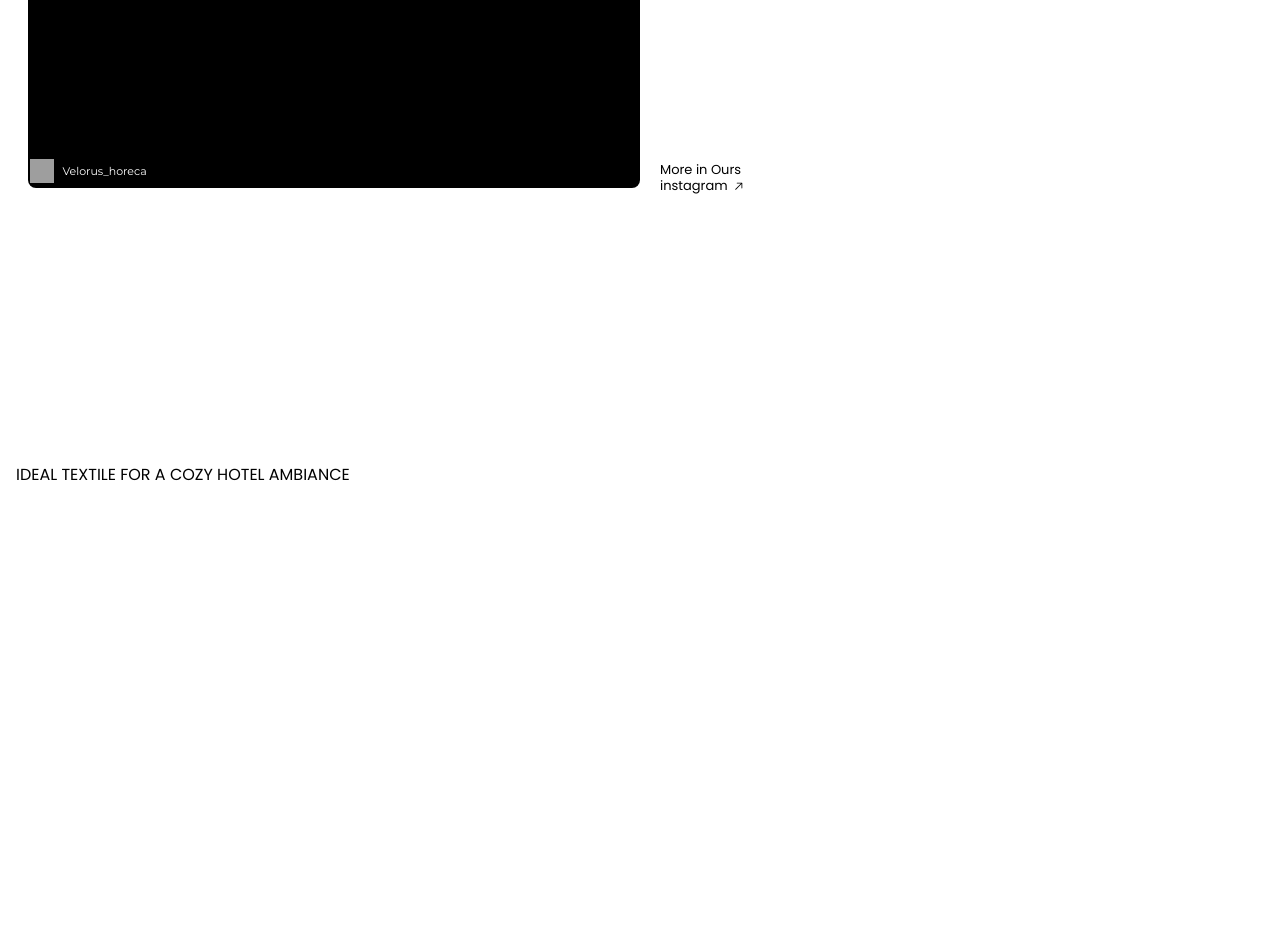
Repository: nikhilsinghrathore1/Shery_02
Page: /
These files come from the project's save history. The page is drawn as it stood at one moment and after the next save; the edit follows.
The browser window is 1280 px wide. The pictures show the part of the page from y = 3281 to 4233 px (the page is 5544 px tall).
Pictures or frames that could not be fetched are drawn as grey boxes. The project was rebuilt for these pictures with package versions that can differ from the ones it lists, and the page was loaded fresh each time. Also part of the build but not shown: vite.config.js.

Above is the page before, as saved 2024-07-18 02:49:45.

### src/App.jsx
import { useState } from 'react'
import reactLogo from './assets/react.svg'
import viteLogo from '/vite.svg'
import './App.css'
import Landing from './pages/Landing'

function App() {
  const [count, setCount] = useState(0)

  return (
    <>
      <Landing/>
    </>
  )
}

export default App

### src/App.css
@font-face {
  font-family: font1;
  src: url("../public/6624dc4c3f39ffabcd0dc162_Montserrat-VariableFont_wght.ttf");
}
@font-face {
  font-family: font2;
  src: url("../public/CircularXXWeb-Book\ \(1\).ttf");
}
@font-face {
  font-family: font3;
  src: url("../public/JTUQjIg1_i6t8kCHKm459WxRyS7m0dR9pA.ttf");
}
@font-face {
  font-family: font4;
  src: url("../public/JTUSjIg1_i6t8kCHKm459WlhyyTh89Y.ttf");
}
@font-face {
  font-family: font5;
  src: url("../public/pxiEyp8kv8JHgFVrJJfecnFHGPc.ttf");
}

.f1{
  font-family: font1;
}
.f2{
  font-family: font2;
}
.f3{
  font-family: font3;
}
.f4{
  font-family: font4;
}
.f5{
  font-family: font5;
}

### src/pages/Landing.jsx
import React from 'react'
import MoreInsta from '../components/MoreInsta'
import Nav from '../components/Nav'
import SingleHero from '../components/SingleHero'
import VideoCont from '../components/VideoCont'

const Landing = () => {
  return (
    <div className='w-full overflow-hidden'>
               {/* this is the first image gallery part */}
               <div className='w-full h-[400vh] relative '>
               <Nav/>
               <SingleHero img={"https://cdn.prod.website-files.com/6613fb0aff6a7761bf9a817d/66267f01781250e3c4f8ed19_hero-01-p-1080.webp"} text={"hotel"}/>
               <SingleHero img={"https://cdn.prod.website-files.com/6613fb0aff6a7761bf9a817d/66267f00e43626f944ce0076_hero-02-p-1080.webp"} text={"restaurant"}/>
               <SingleHero img={"https://cdn.prod.website-files.com/6613fb0aff6a7761bf9a817d/66267f011d36d94902bbbcd3_hero-03-p-1080.webp"} text={"catering"}/>
               <SingleHero img={"https://cdn.prod.website-files.com/6613fb0aff6a7761bf9a817d/66267f0015a49ebd0cb05e50_hero-04-p-1080.webp"} text={"+automative"}/>
               </div>

               {/* this is the second text wala part  */}

               <div className='w-full  h-[120vh] px-4 pt-32 leading-[42px]'>
                              {/* this is the variable weight text */}
                              <div className='w-full f4 text-[32px] font-semibold text-black uppercase h-fit'>
                                             <p><span className='pl-44'>full</span> responsibility from project to implementation.</p>
                              </div>

                              <div className='f4 text-[13px] font-semibold mt-10 leading-none'>
                                             <p>More about us</p>
                                             <p className='mt-3 leading-[16px] font-semibold'>The textile production Velours HoReCa was founded in Lviv in 2005. <span className='opacity-60'>Our activity is focused on professionally outfitting the interiors of hotels, restaurants, cafes, and bars with textile products.</span></p>
                              </div>

                              <div className='w-full flex h-[50vh] mt-12 '>
                                             <div className='w-1/2 h-full flex justify-end pt-3'>
                                                            <VideoCont/>
                                             </div>
                                             <div className='w-1/2 h-full flex flex-col justify-between pl-3 pb-16 f5 font-light'>

                                                            <div className='w-full leading-[17px]  text-[13px]'>
                                                                           <p>With extensive experience in the Horeca sector - 18 years </p>
                                                                           <p className='opacity-70'>[as of 2024]</p>

                                                                           <div className='border-y-[1px] border-black/20 py-1 mt-3'>
                                                                                          <p>We offer both warranty and post-warranty servicing.</p>
                                                                           </div>
                                                            </div>

                                                            <div className='f4 pl-2'>
                                                                           <MoreInsta/>
                                                            </div>



                                             </div>
                              </div>
               </div>

               <div className='w-full h-[250vh] px-4'>
                              <div className='w-full uppercase text-[20] f5 '>
                                             <p>ideal textile for a cozy hotel ambiance</p>
                              </div>
               </div>


    </div>
  )
}

export default Landing

### src/components/MoreInsta.jsx
import React from 'react'
import { GoArrowUpRight } from "react-icons/go";

const MoreInsta = () => {
  return (
    <div className=' leading-[16px] text-[13px] text-black f5 font-light'>
               <p>More in Ours</p>
               <p className='flex items-center gap-1'>instagram <span><GoArrowUpRight/></span></p>
    </div>
  )
}

export default MoreInsta

### src/components/Nav.jsx
import React from 'react'

const Nav = () => {
  return (
    <div className='w-full h-[100vh]  fixed text-white flex flex-col justify-between z-40 top-0'>
        <div className=' flex items-center justify-center pt-7'>

               <div className='flex  flex-col items-center justify-center leading-[18px]'>
                              <h1 className='text-[24px] f1'>Velorus</h1>
                              <h2 className='text-[10px] f1 '>HoReCa</h2>
               </div>
        </div>

        {/* this is the menu bar kinda thingy */}
        <div className='w-full h-[10vh]  px-3  '>

          <div className='w-full h-[65%] bg-black rounded-md flex justify-between px-[2px]'>
            <div className='w-[18%] h-full bg-white flex items-center justify-center overflow-hidden rounded-md'>
              <img className='w-[90%] h-[90%] object-cover' src="https://cdn.prod.website-files.com/6613fb0aff6a7761bf9a817d/6624b9bbba2e8daa37ae2e54_download-img-02.webp" alt="not showing" />
            </div>

            <div className='w-[57%] h-full text-[13px] text-white leading-[16px] f2 flex items-center justify-center'>
              <p>Download our Brochour on services in the HoReCa industry</p>
            </div>


            <div className='w-[15%] h-full bg-white flex items-center justify-center overflow-hidden rounded-md'>
              <img className='w-[80%] h-[80%] object-cover' src="https://cdn.prod.website-files.com/6613fb0aff6a7761bf9a817d/6624bdfbd80898e1c3060de1_download-icon.webp" alt="not showing" />
            </div>
          </div>





        </div>

    </div>
  )
}

export default Nav

### src/components/SingleHero.jsx
import React from 'react'

const SingleHero = ({img , text}) => {
  return (
    <div className='w-full h-[100vh] relative'>
               <div className='absolute bg-black/10 flex items-center justify-center w-full h-full top-0'>
                              <h1 className='uppercase text-[44px] f4 font-bold tracking-wider text-white'>{text}</h1>
               </div>
               <img className='w-full h-full object-cover' src={img} alt="not showing" />
    </div>
  )
}

export default SingleHero

### src/components/VideoCont.jsx
import React from 'react'

const VideoCont = () => {
  return (
    <div className='w-[98%] h-[80%] bg-black rounded-lg pt-[3px] px-[2px] '>
               <div className='w-full h-[87%] overflow-hidden rounded-lg'>
                              <video autoPlay muted loop className='w-full h-full object-cover' src="https://s3.amazonaws.com/webflow-prod-assets/6613fb0aff6a7761bf9a817d/663bcfe77765a0f1702b036f_insta-3.mp4"></video>
               </div>
               <div className='w-full text-white text-[11px] f1 h-[13%] pt-1 flex items-center pb-[2px] gap-2'>
                              <img className='w-[24px] h-[24px] object-cover' src="https://cdn.prod.website-files.com/6613fb0aff6a7761bf9a817d/663bcbd3012e5e6821be914c_logo-horeca.png" alt="not showing" />
                              <p>Velorus_horeca</p>
               </div>
    </div>
  )
}

export default VideoCont

Loaded but not shown: index.html (common file); src/main.jsx (common file); src/index.css (common file); tailwind.config.js (common file)

After the next save:
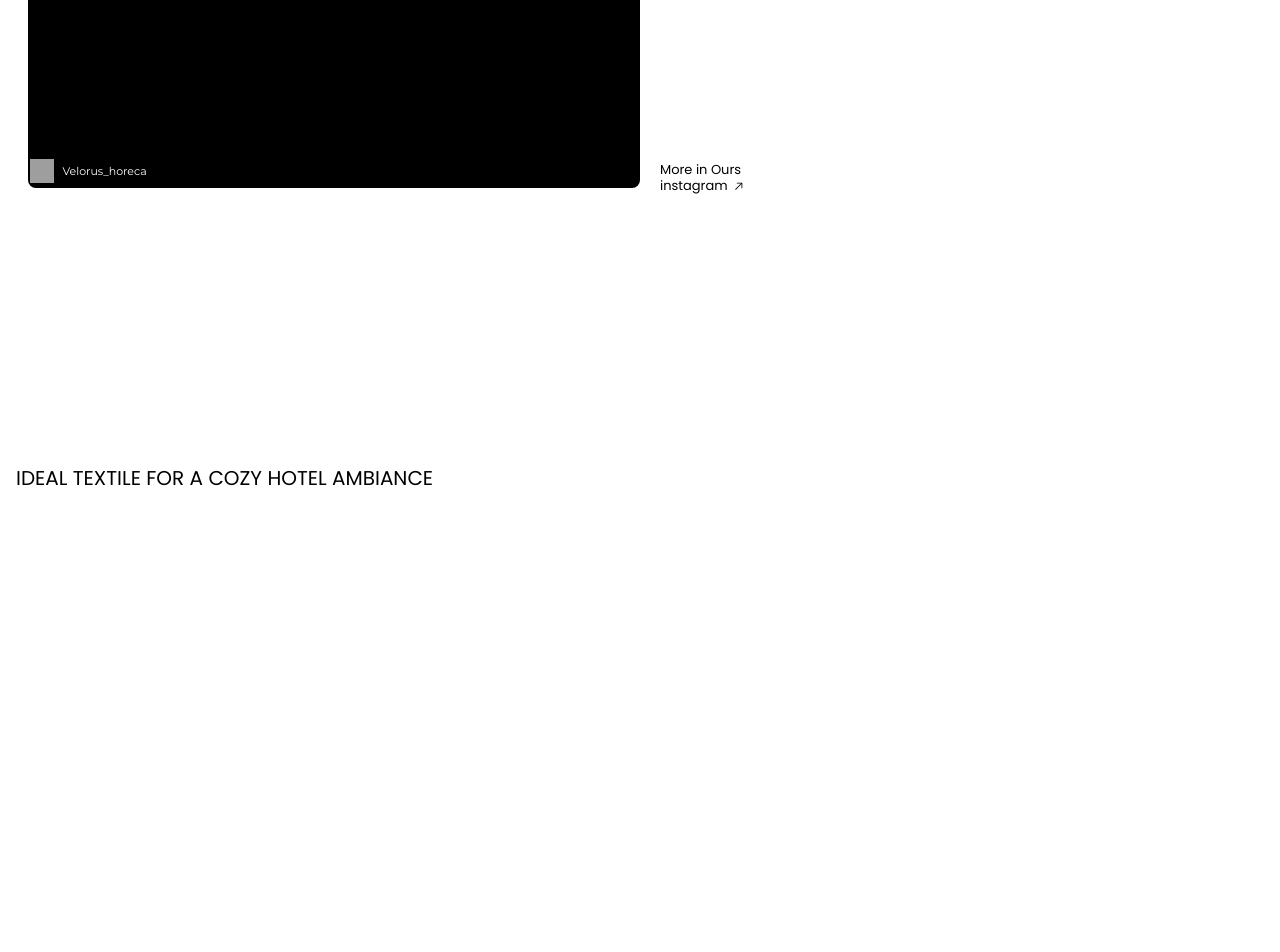
Saved 6 s later.
--- a/src/pages/Landing.jsx
+++ b/src/pages/Landing.jsx
@@ -55,7 +55,7 @@ const Landing = () => {
                </div>
 
                <div className='w-full h-[250vh] px-4'>
-                              <div className='w-full uppercase text-[20] f5 '>
+                              <div className='w-full uppercase text-[20px] f5 '>
                                              <p>ideal textile for a cozy hotel ambiance</p>
                               </div>
                </div>
